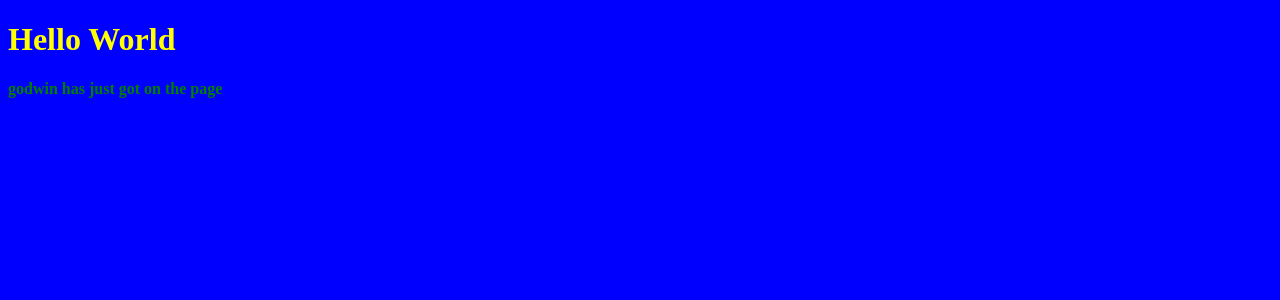
Repository: GodwinYeboah1/Java-Assignment-
Page: SpringIntro/springProjects/controllerpractice/src/main/resources/static/index.html
The author's editor kept a copy of each file at every save. The page is drawn from the files as they stood at one save, then again after the next save.
The browser window is 1280 px wide. The pictures show the whole page.

Above is the page before, as saved 2018-03-09 20:01:45.

After the next save:
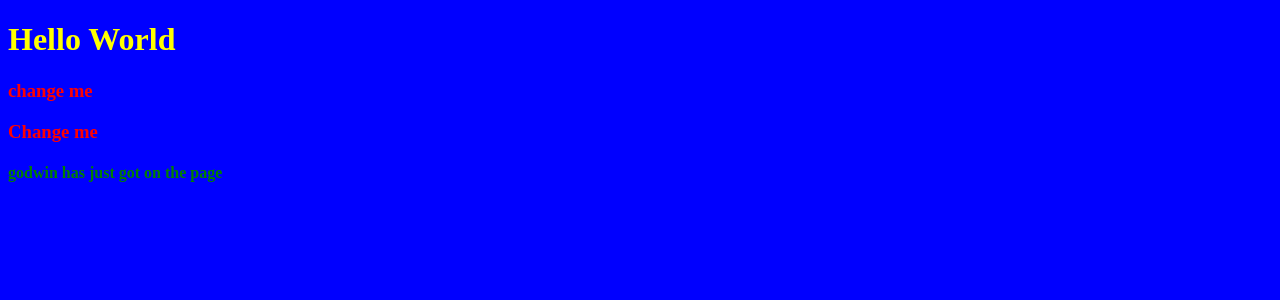
Saved 88 s later.
--- a/SpringIntro/springProjects/controllerpractice/src/main/resources/static/index.html
+++ b/SpringIntro/springProjects/controllerpractice/src/main/resources/static/index.html
@@ -7,8 +7,11 @@
 </head>
 <body>
         <h1>Hello World</h1>
+        <h3>change me</h3>
+        <h3>Change me </h3>
+        <h4>godwin has just got on the page</h4>
 
-        <h4>godwin has just got on the page</h4>
+
 
 
 </body>
